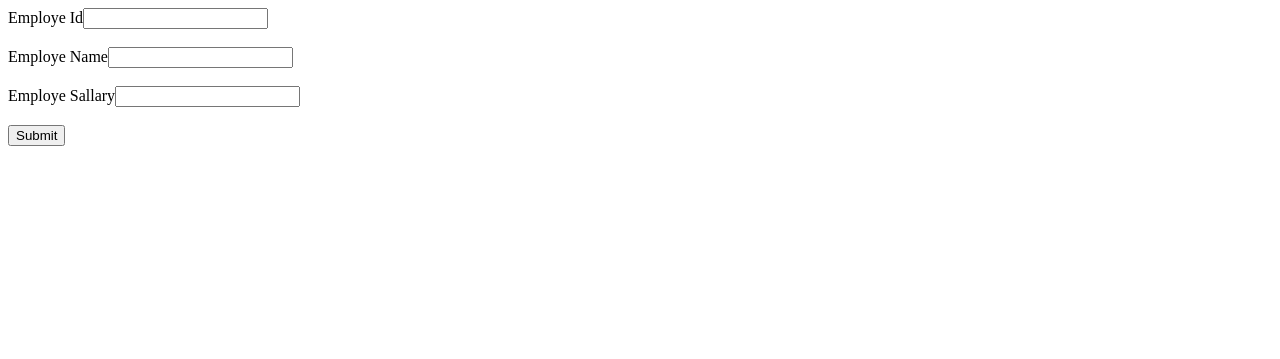
Repository: nitesh0402/spring-mvc-project
Page: http://localhost/SpringCrud/
The author's editor kept a copy of each file at every save. The page is drawn from the files as they stood at one save, then again after the next save.
The browser window is 1280 px wide. The pictures show the whole page.
The page is served by Tomcat 9.

Above is the page before, as saved 2022-06-18 14:51:59.

After the next save:
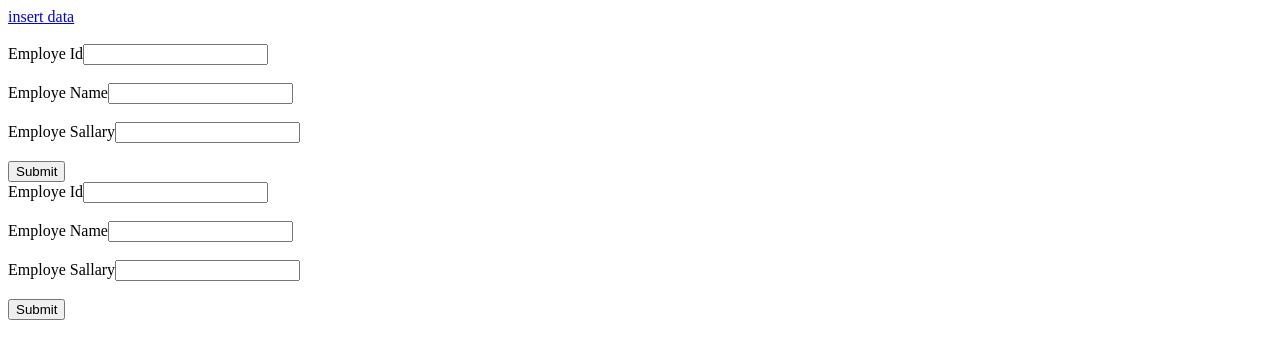
Saved 5 min 57 s later.
--- a/new-nitesh-workspace/SpringCrud/src/main/webapp/index.jsp
+++ b/new-nitesh-workspace/SpringCrud/src/main/webapp/index.jsp
@@ -7,7 +7,7 @@
 <title>Insert title here</title>
 </head>
 <body>
-
+	 <a href="Select">insert data</a><br><br>
 
 
 	<!--   <form action="DeleteempRecord">deleteData
@@ -17,13 +17,13 @@
    -->
 
 
-	<!-- <form action="Insert">
+	<form action="Insert">
 		Employe Id<input type="number" name="empId" id="empId"><br>
 		<br> Employe Name<input type="text" name="empName" id="empName"><br>
 		<br> Employe Sallary<input type="number" name="empSall"
 			id="empSall"><br>
 		<br> <input type="submit">
-	</form> -->
+	</form>
 
 <form action="Select">
 		Employe Id<input type="number" name="empId" id="empId"><br>
